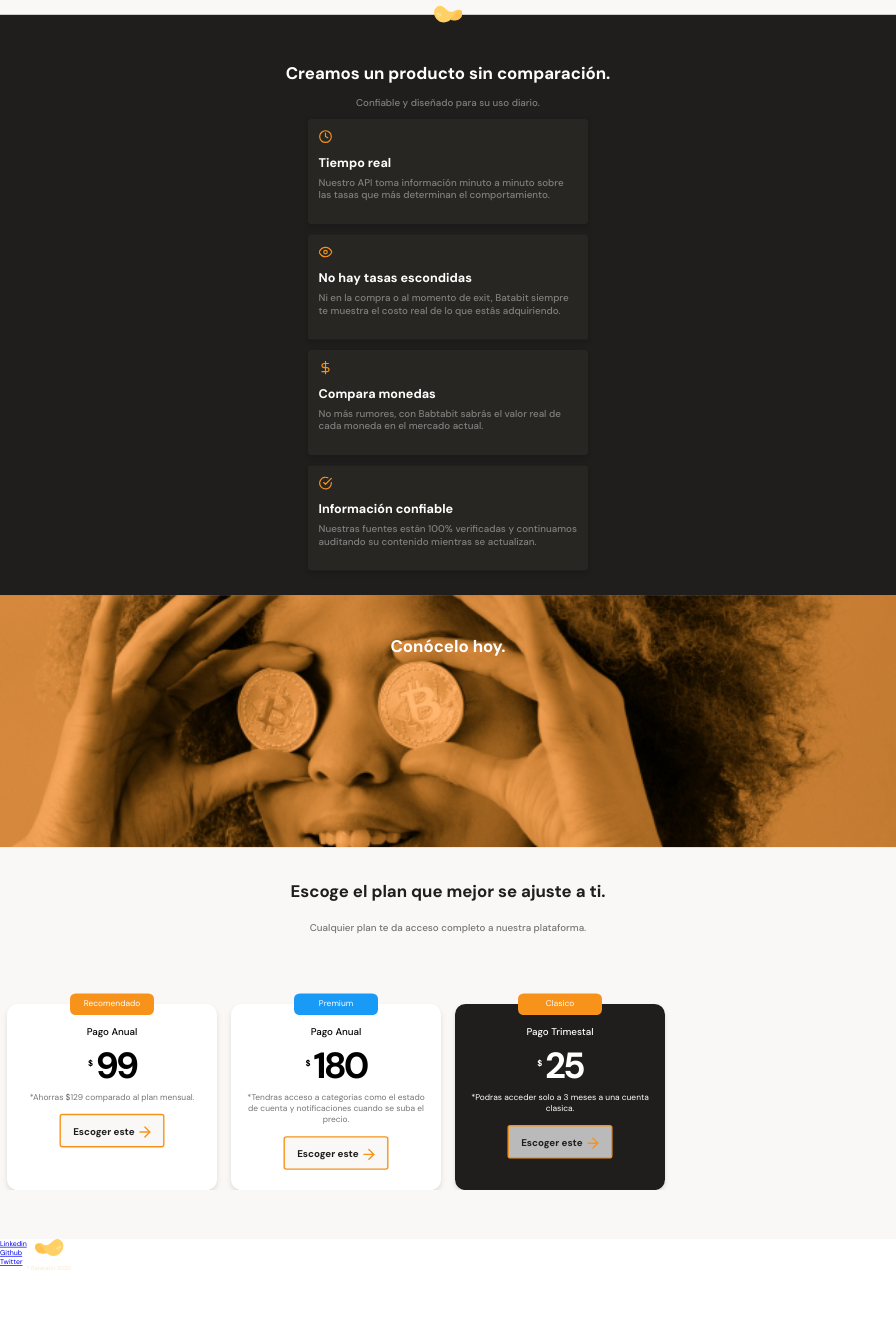
Repository: Pandrea-hub/Batatabit
Page: index.html
The author's editor kept a copy of each file at every save. The page is drawn from the files as they stood at one save, then again after the next save.
The browser window is 1280 px wide. The pictures show the part of the page from y = 1113 to 3033 px (the page is 3033 px tall), at 70% of full size.

Above is the page before, as saved 2022-04-20 08:01:59.

After the next save:
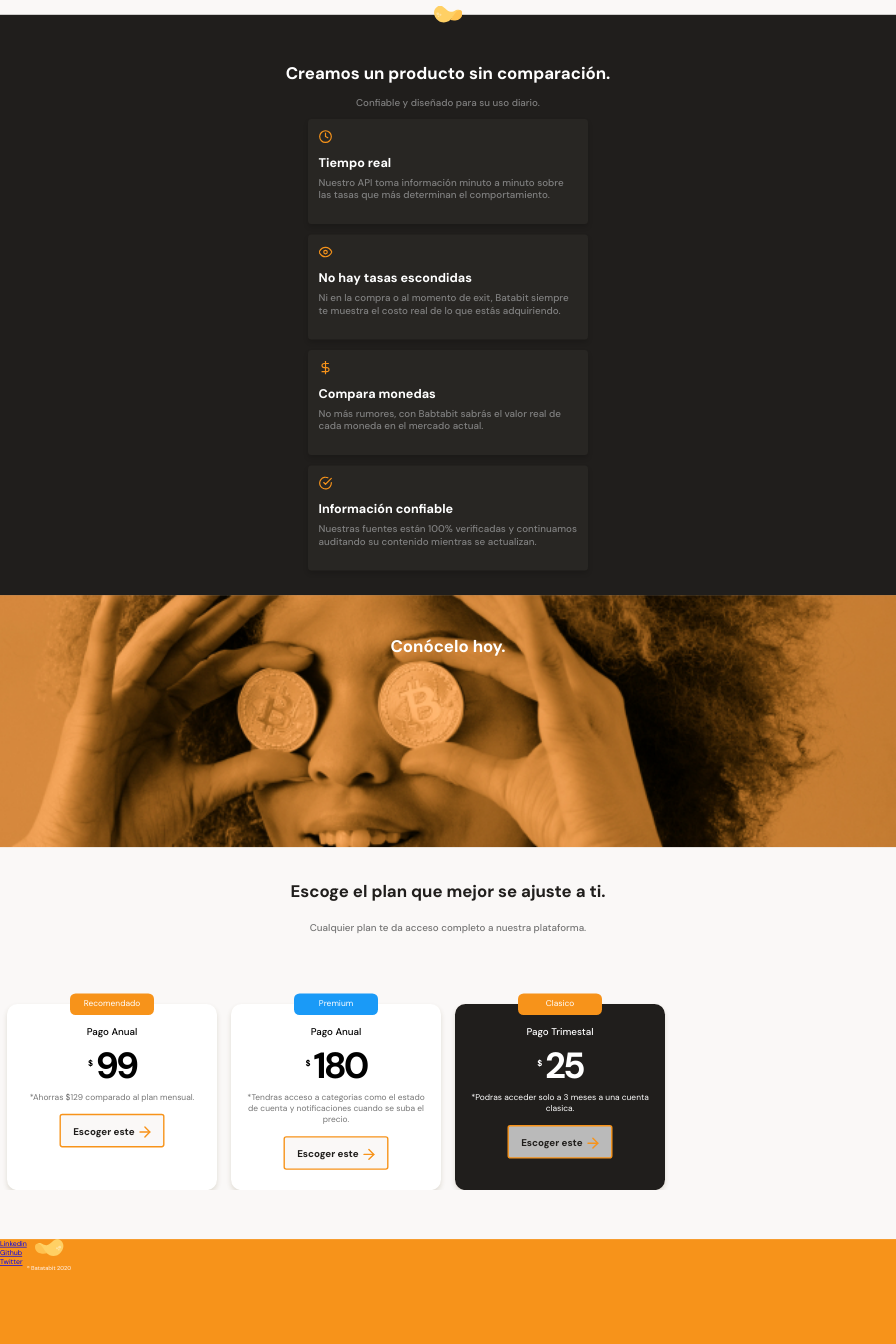
Saved 26 s later.
--- a/style.css
+++ b/style.css
@@ -640,4 +640,5 @@
     display: flex;
     width: 100%;
     height: 150px;
-}
+    background:var(--bitcoin-orange);
+}
